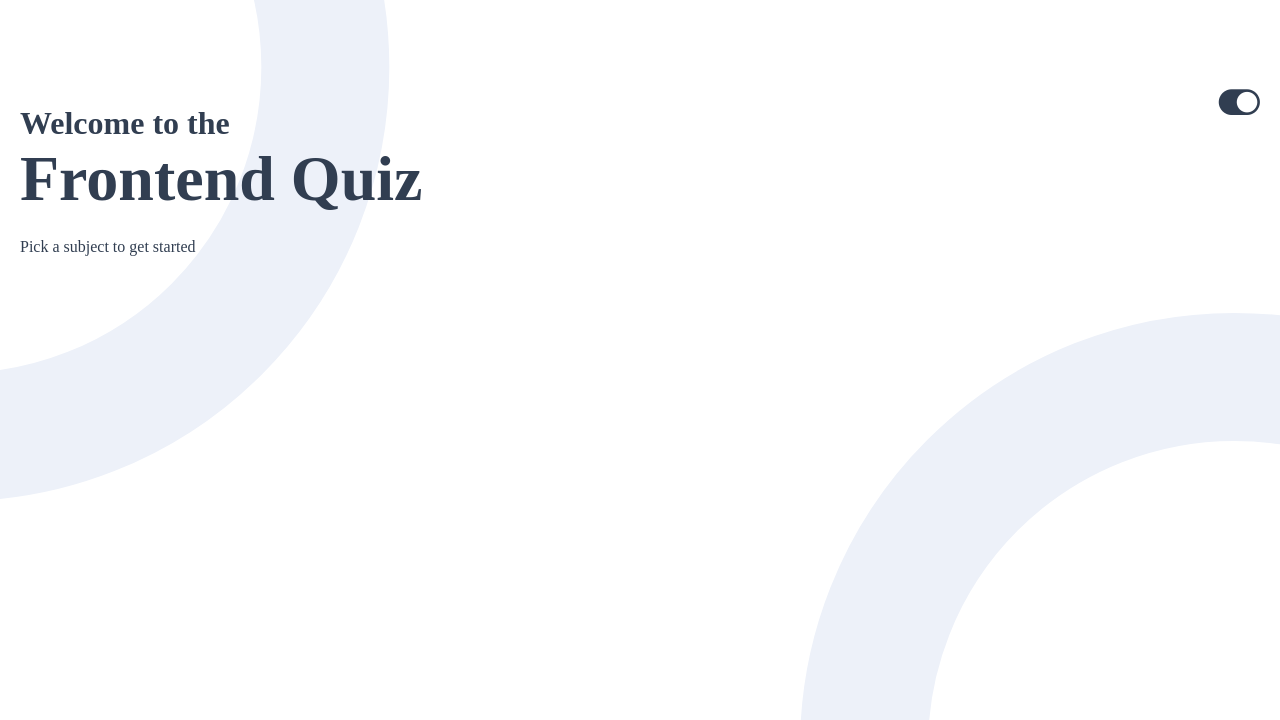
Repository: Daniel054311/Quiz-app-V1
Page: index.html
These files come from the project's save history. The page is drawn as it stood at one moment and after the next save; the edit follows.
The browser window is 1280 px wide. The pictures show the whole page.

Above is the page before, as saved 2024-02-01 11:10:25.

After the next save:
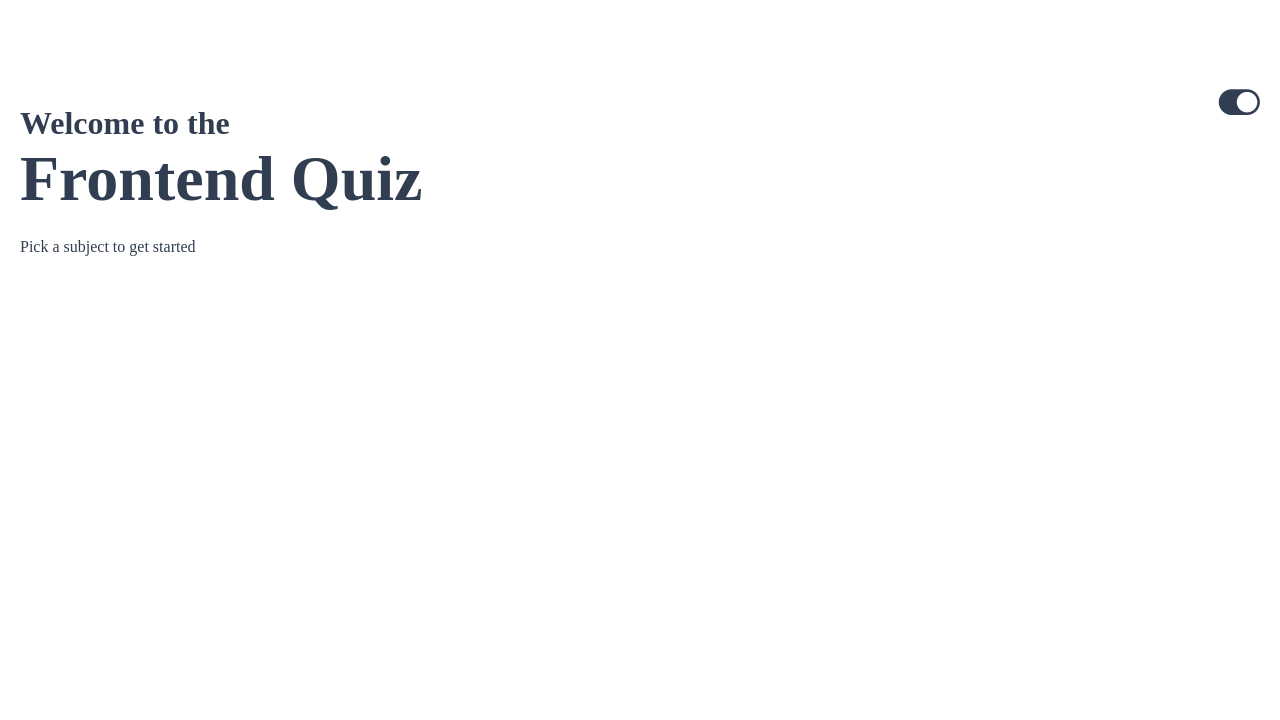
Saved 23 s later.
--- a/asset/style/index.css
+++ b/asset/style/index.css
@@ -19,7 +19,7 @@ body {
     width: 100% !important;
     display: flex;
     flex-direction:row;
-    background-image:url("/images/pattern-background-desktop-light.svg");
+
     background-size:cover;
 
 
